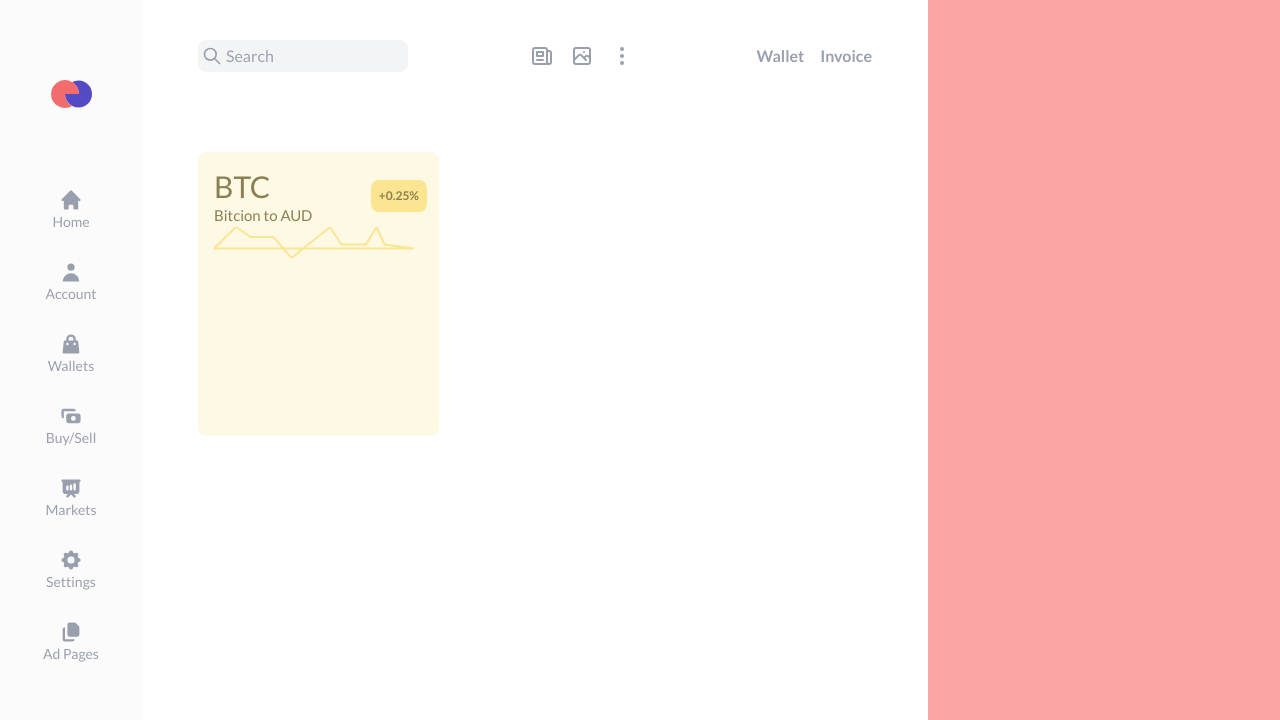
Repository: almaqdad55/crypto-app-nextjs
Page: /
These files come from the project's save history. The page is drawn as it stood at one moment and after the next save; the edit follows.
The browser window is 1280 px wide. The pictures show the whole page.
The project was rebuilt for these pictures with package versions that can differ from the ones it lists, and the page was loaded fresh each time. The framework's server and built-in components were replaced by stand-ins that run in the browser.

Above is the page before, as saved 2022-01-04 20:45:09.

### pages/index.js
import Head from 'next/head';
import Sidebar from '../components/Sidebar';
import Feed from '../components/Feed';
import Widget from '../components/Widget';

export default function Home() {
  return (
    <div className="">
      <Head>
        <title>Crypto Trade</title>
        <link rel="icon" href="/logo.svg" />
      </Head>

      <main className="flex">
        <Sidebar />
        <Feed />
        <Widget />
      </main>
    </div>
  );
}

### styles/globals.css
@import url('https://fonts.googleapis.com/css2?family=Lato:wght@300;400;700&display=swap');

@tailwind base;
@tailwind components;
@tailwind utilities;

@layer base {
  body {
    @apply bg-white font-Lato;
  }
}

@layer components {
  .icon-group {
    @apply flex flex-col  items-center text-sm cursor-pointer text-[#9A9FAD] hover:text-[#544AC3] transition duration-200;
  }
}

### components/Sidebar.jsx
import {
  HomeIcon,
  UserIcon,
  CashIcon,
  ShoppingBagIcon,
  PresentationChartBarIcon,
  CogIcon,
  DocumentDuplicateIcon,
} from '@heroicons/react/solid';

const Sidebar = () => {
  return (
    <div className="flex flex-col items-center  h-screen w-[142px]  bg-[#fbfbfb] ">
      <div className="mt-20">
        <img src="/logo.svg" alt="" />
      </div>
      <div className="mb-40 mt-20 flex flex-col space-y-7">
        <div className="icon-group group">
          <HomeIcon className="h-6 " />
          <span className="">Home</span>
        </div>
        <div className="icon-group group">
          <UserIcon className="h-6 " />
          <span className="">Account</span>
        </div>
        <div className="icon-group group">
          <ShoppingBagIcon className="h-6 " />
          <span className="">Wallets</span>
        </div>
        <div className="icon-group group ">
          <CashIcon className="h-6 " />
          <span className="">Buy/Sell</span>
        </div>
        <div className="icon-group group">
          <PresentationChartBarIcon className="h-6 " />
          <span className="">Markets</span>
        </div>
        <div className="icon-group group">
          <CogIcon className="h-6 " />
          <span className="">Settings</span>
        </div>
        <div className="icon-group group">
          <DocumentDuplicateIcon className="h-6 " />
          <span className="">Ad Pages</span>
        </div>
      </div>
    </div>
  );
};

export default Sidebar;

### components/Feed.jsx
import {
  DotsVerticalIcon,
  PhotographIcon,
  NewspaperIcon,
  SearchIcon,
} from '@heroicons/react/outline';

import Card from './Card';

// import { SearchIcon } from '@heroicons/react/solid';
const Feed = () => {
  return (
    <div className=" flex-grow  bg-white px-14 py-10 space-y-20">
      {/* Top Menu */}
      <div className="flex items-center  justify-between ">
        <div className="flex items-center bg-[#F2F4F5] rounded-lg p-1 space-x-1">
          <SearchIcon className="h-5 text-[#9A9FAD]" />
          <input
            type="text"
            placeholder={`Search`}
            className="outline-none bg-[#F2F4F5]"
          />
        </div>
        <div className="flex space-x-4 text-[#9A9FAD] ">
          <NewspaperIcon className="h-6 " />
          <PhotographIcon className="h-6 " />
          <DotsVerticalIcon className="h-6 " />
        </div>
        <div className="flex text-[16px] font-bold space-x-4 text-[#9A9FAD]  ">
          <p className="">Wallet</p>
          <p className="">Invoice</p>
        </div>
      </div>

      {/* Cards Display */}
      <div>
        <Card />
      </div>
    </div>
  );
};

export default Feed;

### components/Widget.jsx
const Widget = () => {
  return <div className="bg-red-300 min-w-[352px]"></div>;
};

export default Widget;

### components/Card.jsx
const Card = () => {
  return (
    <div className="w-[241px] h-[284px] bg-[#FDF9E5] rounded-lg relative text-[#8B7F50] p-4">
      <div className="absolute bg-[#FBE591] text-[#8B7F50] text-xs rounded-lg p-2 font-bold top-7 right-3">
        +0.25%
      </div>
      <h1 className="text-3xl ">BTC</h1>
      <p className="text-[15px]">Bitcion to AUD</p>
      <img src="/btc-chart.svg" alt="" />
    </div>
  );
};

export default Card;

### tailwind.config.js
module.exports = {
  content: [
    './pages/**/*.{js,ts,jsx,tsx}',
    './components/**/*.{js,ts,jsx,tsx}',
  ],
  theme: {
    extend: {
      fontFamily: {
        Lato: ['Lato', 'sans-serif'],
      },
    },
  },
  plugins: [],
};

Loaded but not shown: pages/_app.js (common file)

After the next save:
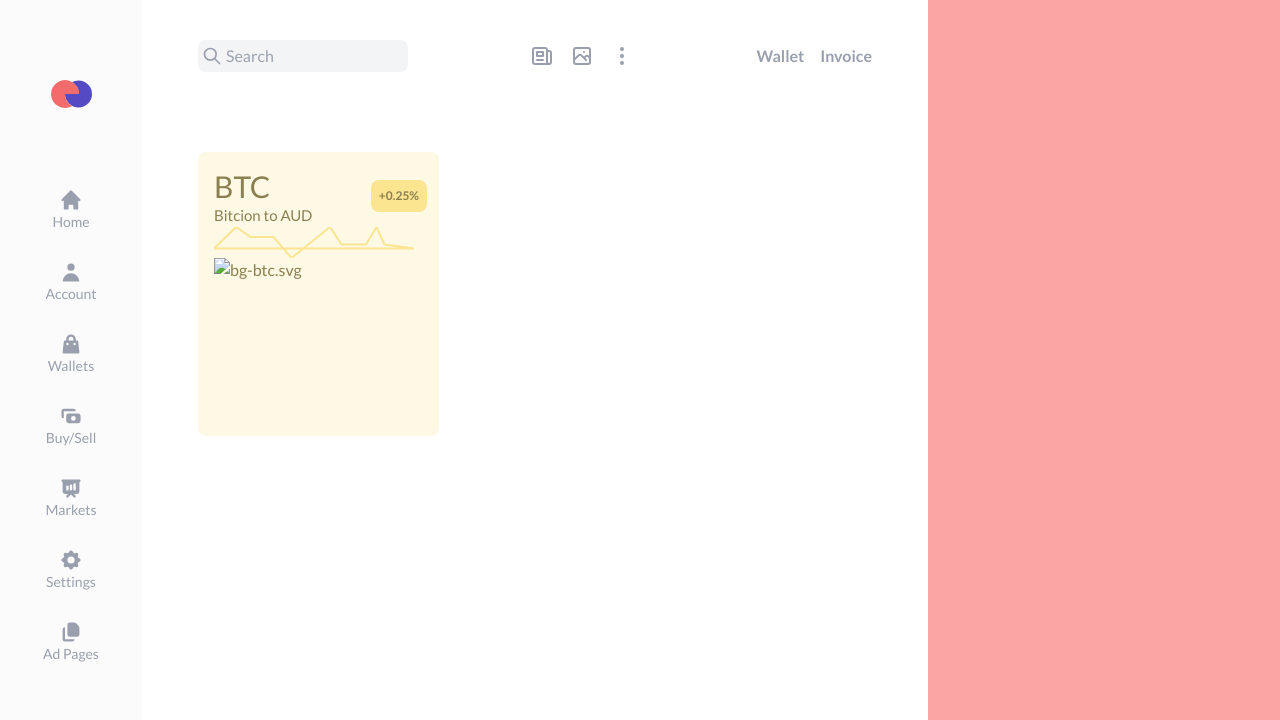
Saved 5 min 0 s later.
--- a/components/Card.jsx
+++ b/components/Card.jsx
@@ -7,6 +7,7 @@ const Card = () => {
       <h1 className="text-3xl ">BTC</h1>
       <p className="text-[15px]">Bitcion to AUD</p>
       <img src="/btc-chart.svg" alt="" />
+      <img src="/" alt="bg-btc.svg" />
     </div>
   );
 };
